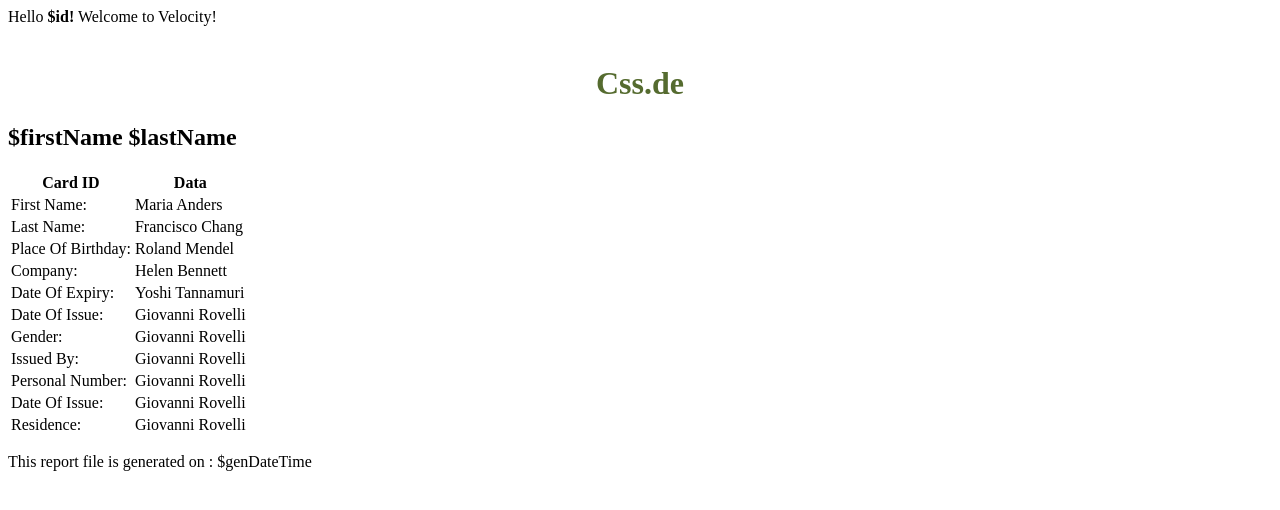
Repository: Len2/Topic4
Page: src/main/resources/templates/PDF_template.html
The author's editor kept a copy of each file at every save. The page is drawn from the files as they stood at one save, then again after a run of saves.
The browser window is 1280 px wide. The pictures show the whole page.

Above is the page before, as saved 2020-09-07 11:05:13.

### src/main/resources/templates/PDF_template.html
<!DOCTYPE html>
<html>
<body>
Hello <b>$id!</b>  Welcome to Velocity!

<br/>
<br/>


<div style="color: darkolivegreen; text-align: center;">
    <h1>Css.de</h1>
</div>


<h2>$firstName $lastName</h2>

<table>
  <tr>
    <th>Card ID</th>
    <th>Data</th>
  </tr>

  <tr>
    <td>First Name:</td>
    <td>Maria Anders</td>
  </tr>
  <tr>
    <td>Last Name:</td>
    <td>Francisco Chang</td>
  </tr>
  <tr>
    <td>Place Of Birthday:</td>
    <td>Roland Mendel</td>
  </tr>
  <tr>
    <td>Company:</td>
    <td>Helen Bennett</td>
  </tr>
  <tr>
    <td>Date Of Expiry:</td>
    <td>Yoshi Tannamuri</td>

  </tr>
  <tr>
    <td>Date Of Issue:</td>
    <td>Giovanni Rovelli</td>
  </tr>
  <tr>
    <td>Gender:</td>
    <td>Giovanni Rovelli</td>
  </tr>
  <tr>
    <td>Issued By:</td>
    <td>Giovanni Rovelli</td>
  </tr>
  <tr>
    <td>Personal Number:</td>
    <td>Giovanni Rovelli</td>
  </tr>
  <tr>
    <td>Date Of Issue:</td>
    <td>Giovanni Rovelli</td>
  </tr>
  <tr>
    <td>Residence:</td>
    <td>Giovanni Rovelli</td>
  </tr>
</table>

<p>This report file is generated on : $genDateTime</p>

</body>
</html>

After the next 3 saves:
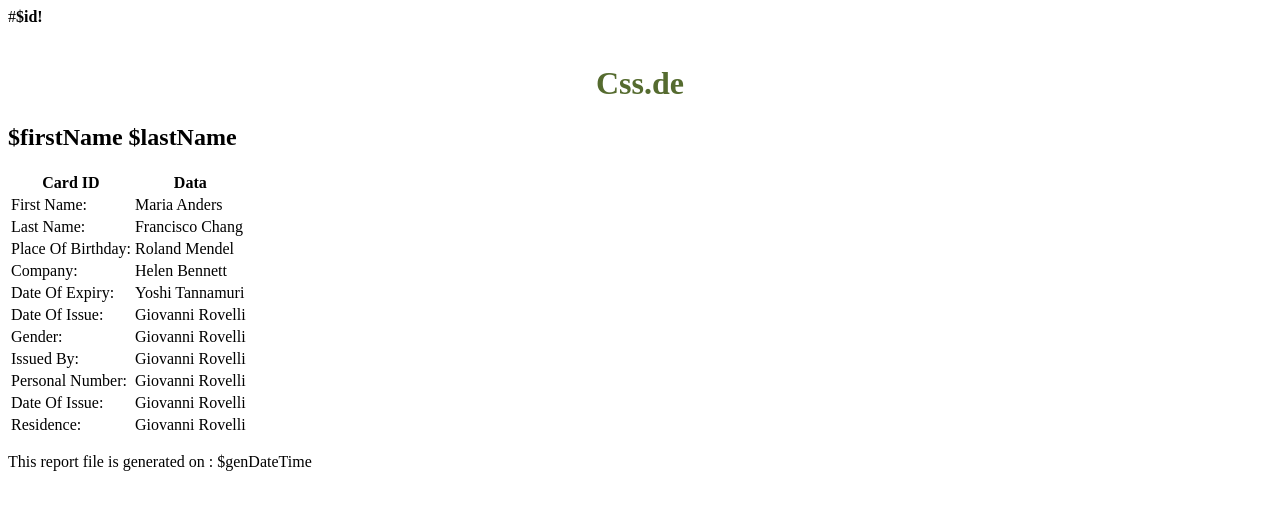
The 3 saves are shown as one change because they came seconds apart.
The last was saved 13 s later.
--- a/src/main/resources/templates/PDF_template.html
+++ b/src/main/resources/templates/PDF_template.html
@@ -1,7 +1,7 @@
 <!DOCTYPE html>
 <html>
 <body>
-Hello <b>$id!</b>  Welcome to Velocity!
+#<b>$id!</b>
 
 <br/>
 <br/>
